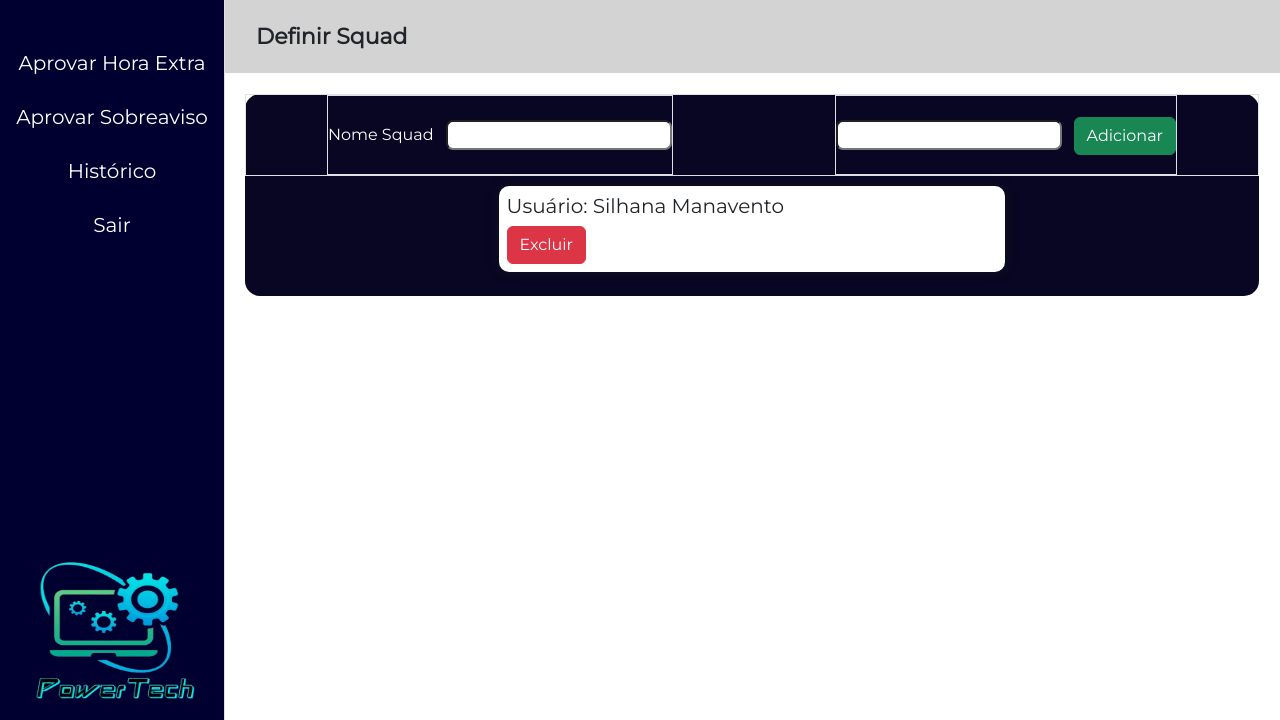
Repository: PowerTech-Fatec/API-2RP-NET
Page: /adm/squad (app in Sprint 3/2rp-web/)
The author's editor kept a copy of each file at every save. The page is drawn from the files as they stood at one save, then again after the next save.
The browser window is 1280 px wide. The pictures show the whole page.
The project was rebuilt for these pictures with package versions that can differ from the ones it lists, and the page was loaded fresh each time. Also part of the build but not shown: Sprint 3/2rp-web/src/pages/login/login.js, Sprint 3/2rp-web/src/pages/home/dashboard.js, Sprint 3/2rp-web/src/pages/home/sobreaviso/sobreaviso.css, Sprint 3/2rp-web/src/pages/home/sobreaviso/sobreaviso.js, Sprint 3/2rp-web/src/pages/home/hora-extra/hora-extra.css, Sprint 3/2rp-web/src/pages/home/hora-extra/hora-extra.js, Sprint 3/2rp-web/src/components/cards/Cards.js, Sprint 3/2rp-web/src/pages/home/gestor/aprovar-hora-extra/gestor.js and 3 more.

Above is the page before, as saved 2022-11-02 16:39:16.

### Sprint 3/2rp-web/src/index.js
import React from 'react';
import ReactDOM from 'react-dom/client';
import './index.css';
import App from './App';
import reportWebVitals from './reportWebVitals';
import { BrowserRouter } from 'react-router-dom';
import 'bootstrap/dist/css/bootstrap.min.css';
import 'bootstrap-icons/font/bootstrap-icons.css';

import Popper from '@popperjs/core';
import 'bootstrap/dist/js/bootstrap.bundle.min';

const root = ReactDOM.createRoot(document.getElementById('root'));
root.render(
  <BrowserRouter>
    <App />
  </BrowserRouter>
);

// If you want to start measuring performance in your app, pass a function
// to log results (for example: reportWebVitals(console.log))
// or send to an analytics endpoint. Learn more: https://bit.ly/CRA-vitals
reportWebVitals();

### Sprint 3/2rp-web/src/App.js
import React from 'react'
import './App.css';
import { Routes, Route } from 'react-router-dom'
import Login from './pages/login/login'
import Dashboard from './pages/home/dashboard'
import Sobreaviso from './pages/home/sobreaviso/sobreaviso'
import HoraExtra from './pages/home/hora-extra/hora-extra'
import Gestor from './pages/home/gestor/aprovar-hora-extra/gestor'
import GestorSobreaviso from './pages/home/gestor/aprovar-sobreaviso/gestor-sobreaviso'
import GestorHistorico from './pages/home/gestor/historico/gestor-historico'
import Squad from './pages/home/adm/squad/def-squad'

function App() {
  return (
    <Routes>
      <Route path='/login' element={<Login />} />
      <Route path='/dashboard' element={<Dashboard />} />
      <Route path='/horaextra' element={<HoraExtra />} />
      <Route path='/sobreaviso' element={<Sobreaviso />} />
      <Route path='/gestor' element={<Gestor />} />
      <Route path='/gestor-sobreaviso' element={<GestorSobreaviso />} />
      <Route path='/gestor-historico' element={<GestorHistorico />} />
      <Route path='/adm/squad' element={<Squad />} />
      <Route path='*' element={<Login />} />
    </Routes>

  );
}

export default App;

### Sprint 3/2rp-web/src/App.css
@font-face {
    font-family: 'Montserrat';
    src: url(./assets/fonts/Montserrat-Regular.ttf);
}

*{
    font-family: 'Montserrat';
}

.ml-1{margin-left: 0.25rem;}
.ml-2{margin-left: 0.5rem;}
.ml-3{margin-left: 0.75rem;}
.ml-4{margin-left: 1rem;}
.ml-5{margin-left: 1.25rem;}

### Sprint 3/2rp-web/src/pages/home/adm/squad/def-squad.js
import Sidebar from "../../../../components/sidebar"
import Header from "../../../../components/header/header";
import Card from "../../../../components/cards/Squad"
import './def-squad.css'

import React, { Component, useEffect, useState } from 'react';


function Squad() {
    return (
        <Sidebar>
          <Header nome="Definir Squad"></Header>

          {/* linha 1: solitações, filtro */}
          <div className="background d-flex flex-column aling-itens-center">

            <div>
            <div className="border col-12 d-flex justify-content-around">
            <div className="border d-flex justify-content-center">
            <span>
            <label className="font">Nome Squad</label> <input className="squad-name mt-4 mb-4 ml-2"></input>
            </span>
            </div>




            <div className="border d-flex justify-content-center">
            <span>
            <input className="squad-name mt-4 mb-4"></input><button type="button" class="btn btn-success ml-3">Adicionar</button>
            </span>
            </div>

            </div>


            {/* card info hora extra */}
            <div className="d-flex flex-column aling-itens-center">
            <Card
              Usuario = " Silhana Manavento"
            />

            </div>


            </div>

          </div>
        </Sidebar>
    )
}

export default Squad

### Sprint 3/2rp-web/src/pages/login/login.css
.login{
    background: #090d23
    ;
}
.fundo{
    background-color: #090d23;
    width: 300px;
    height: 50px;
    color: #fff;
}
.fundoback{
    background-color: #262d28;
}
.fundocolor{
    background-color: #090d23;
}
.background{
    background-color: #9A9696;
}
.height{
    height: 100vh;

}
.tpm{
    margin-top: 150px;
}
.input{
    width: 350px;
    height: 40px;
}
.marg{
    margin-top: 100px;
    margin-left: 180px;
}
.svg{
    margin-top: 3px;
}

### Sprint 3/2rp-web/src/components/sidebar.js
import { Drawer, useTheme } from '@mui/material'
import { Box } from '@mui/system'
import './Sidebar.css'
import { Link } from 'react-router-dom'

import React from 'react'

function Sidebar({ children }) {
    const theme = useTheme();




    return (
        <>

            <Drawer variant='permanent'>
                <Box width={theme.spacing(28)} height={theme.spacing(100)} className ='side-bar  '>
                     <div className='texto mt-5'>

                                {/* <Link to='/dashboard' className ='side-links mt-4'>
                                    Dashboard
                                </Link>
                                <Link to='/horaextra' className ='side-links mt-4'>
                                    Apontar Hora Extra
                                </Link>
                                <Link to='/sobreaviso' className ='side-links mt-4' >
                                    Apontar Sobreaviso
                                </Link> */}

                                {/* Associar a lista de link */}
                                {/* <Link to='/gestor-dashboard' className ='side-links mt-4' >
                                    Dashboard
                                </Link> */}
                                <Link to='/gestor' className ='side-links mt-4' >
                                        Aprovar Hora Extra
                                </Link>
                                <Link to='/gestor-sobreaviso' className ='side-links mt-4' >
                                    Aprovar Sobreaviso
                                </Link>
                                <Link to='/gestor-historico' className ='side-links mt-4' >
                                    Histórico
                                </Link>


                                <Link to='/login' className ='side-links mt-4' >
                                    Sair
                                </Link>

                    </div>
                    <div className='footer'>
                        <img src={require('../assets/powertech.png')} height='140px' width='160px' />
                    </div>
                </Box>
            </Drawer>

            <Box height="100vh" marginLeft={theme.spacing(28)}>
                {children}
            </Box>
        </>
    );
}

export default Sidebar

### Sprint 3/2rp-web/src/components/header/header.js
import './header.css'

import React from 'react'

function Header(props) {

    return (
        <>
            <div className='bg-title'>
                <span className='title'>{props.nome}</span>
            </div>
        </>
    );
}

export default Header

### Sprint 3/2rp-web/src/pages/home/gestor/aprovar-hora-extra/gestor.css
.background{
    margin-top: 2%;
    margin-left: 2%;
    margin-right: 2%;
    border-radius: 15px;

    background-color: #080622;
}

/* .filtro{
    width: 20%;
} */

/* /* .soli{
    margin-left: 15%;
} */

.filtroLabel{
    margin-left: 37%;
} */

.font{
    color: white;
}

### Sprint 3/2rp-web/src/pages/home/gestor/aprovar-sobreaviso/gestor-sobreaviso.css
.background{
    margin-top: 2%;
    margin-left: 2%;
    margin-right: 2%;
    border-radius: 15px;

    background-color: #080622;
}

.filtro{
    width: 20%;
}

.soli{
    margin-left: 15%;
}

.filtroLabel{
    margin-left: 37%;
}

.font{
    color: white;
}

### Sprint 3/2rp-web/src/pages/home/gestor/historico/gestor-historico.css
.background{
    margin-top: 2%;
    margin-left: 2%;
    margin-right: 2%;
    border-radius:   15px;

    background-color: #080622;
}

.filtro{
    width: 20%;
}

.soli{
    margin-left: 15%;
}

.filtroLabel{
    margin-left: 37%;
}

.font{
    color: white;
}

### Sprint 3/2rp-web/src/components/cards/Squad.js
import React from "react";
import './Squad.css'

function Card(props) {
    return(
        <div className="card-container mb-4 col-6 offset-3">
            <div className="card-content">

            <div className="card-title ml-2 mt-2">
                <span>
                <h5>Usuário: {props.Usuario}</h5>
                <button type="button" class="btn btn-danger mb-2">Excluir</button>
                </span>
            </div>

            </div>

        </div>
    )
}

export default Card

### Sprint 3/2rp-web/src/pages/home/adm/squad/def-squad.css
.background{
    margin-top: 2%;
    margin-left: 2%;
    margin-right: 2%;
    border-radius: 15px;

    background-color: #080622;
}

.filtro{
    width: 20%;
}

/* .soli{
    margin-left: 15%;
} */

/* .filtroLabel{
    margin-left: 37%;
} */

.font{
    color: white;
}

.squad-name{
    border-radius: 7px;
}

### Sprint 3/2rp-web/src/components/Sidebar.css
.side-links {
    color: #fff;
    text-decoration: none;
    font-size: 20px;
    display: flex;
    justify-content: center;
}

.side-bar {
    background-color: #000030;
}

.footer{
    margin-bottom: 20px;
    margin-left: 35px;
    position: absolute;
    bottom: 0;
}

### Sprint 3/2rp-web/src/components/header/header.css
.bg-title{
    background-color: lightgray;
    padding: 20px 0px;
}

.title{
    font-size: 22px;
    font-weight: bold;
    margin-left: 2rem;
}

### Sprint 3/2rp-web/src/components/cards/Cards.css
.card-container{
    width: 900px;
    overflow: hidden;
    box-shadow: 0px 0px 15px -5px;
    border-radius: 10px;
    /* margin-left: 15%; */
    margin-top: 10px;

    background-color: white;
}

### Sprint 3/2rp-web/src/components/cards/Squad.css
.card-container{
    width: 600px;
    overflow: hidden;
    box-shadow: 0px 0px 15px -5px;
    border-radius: 10px;
    /* margin-left: 15%; */
    margin-top: 10px;

    background-color: white;
}

Loaded but not shown: Sprint 3/2rp-web/public/index.html (common file); Sprint 3/2rp-web/src/index.css (common file); Sprint 3/2rp-web/src/reportWebVitals.js (common file)

After the next save:
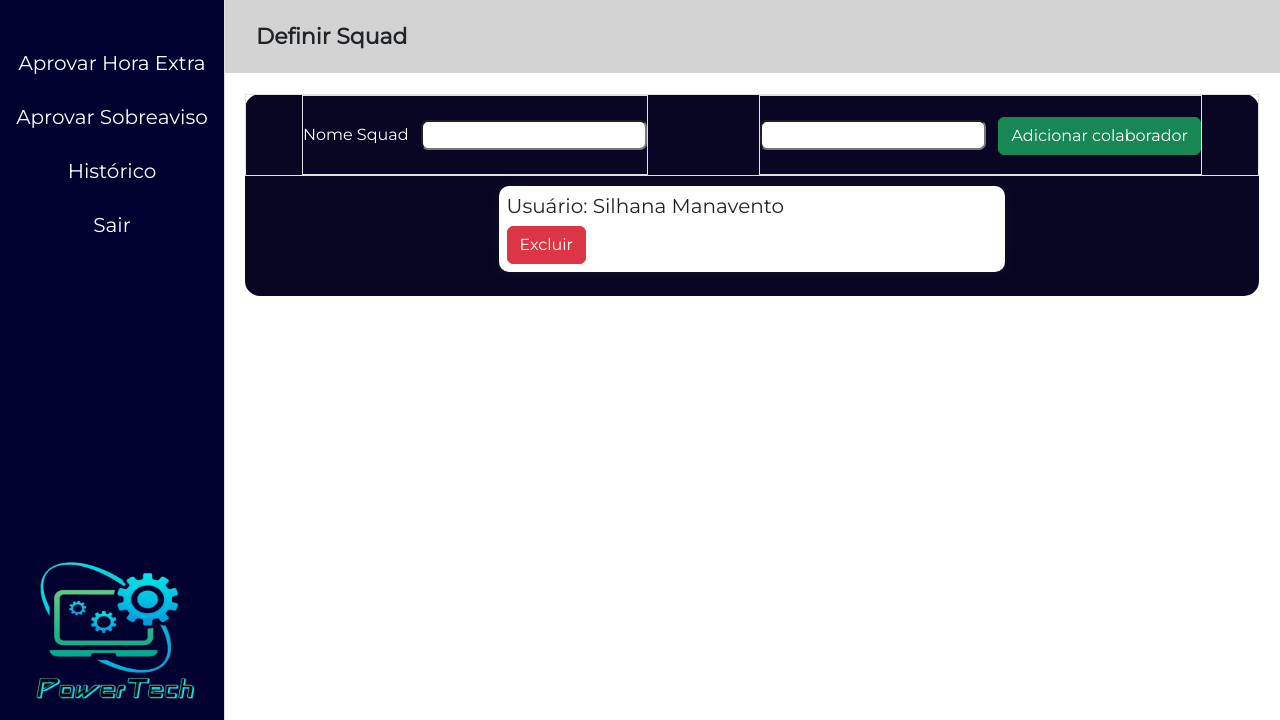
Saved 18 s later.
--- a/Sprint 3/2rp-web/src/pages/home/adm/squad/def-squad.js
+++ b/Sprint 3/2rp-web/src/pages/home/adm/squad/def-squad.js
@@ -27,7 +27,7 @@ function Squad() {
 
             <div className="border d-flex justify-content-center">
             <span>
-            <input className="squad-name mt-4 mb-4"></input><button type="button" class="btn btn-success ml-3">Adicionar</button>
+            <input className="squad-name mt-4 mb-4"></input><button type="button" class="btn btn-success ml-3">Adicionar colaborador</button>
             </span>
             </div>
 
